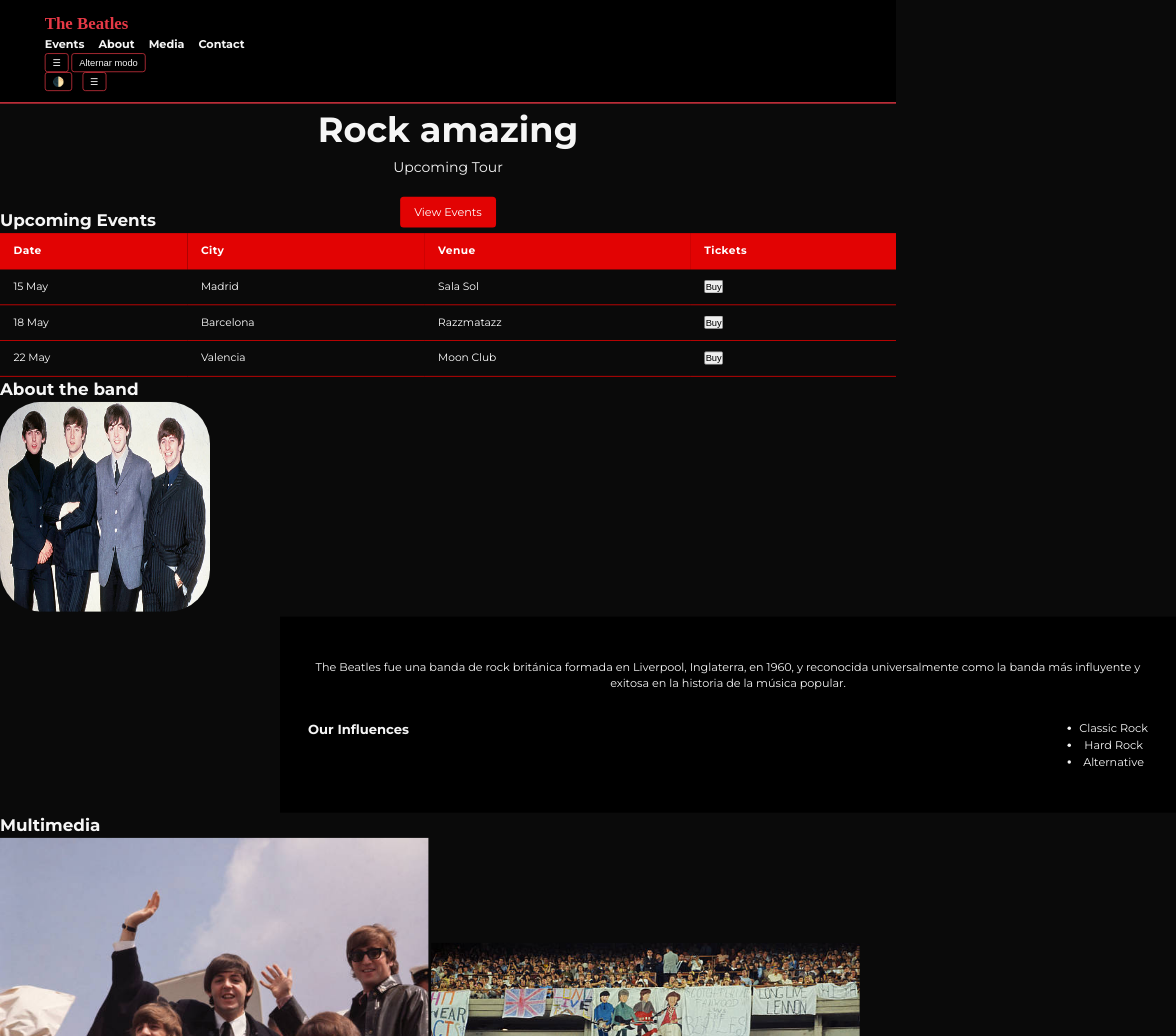
Repository: keiner-dev/Prueba_Desempe-o
Page: index.html
These files come from the project's save history. The page is drawn as it stood at one moment and after a run of saves; the edit follows.
The browser window is 1280 px wide. The page is 1680 px wide, then 1580 px, so the pictures cover 1680 px, including what lies to the right of the window. The pictures show the part of the page from y = 0 to 1480 px (the page is 2814 px tall), at 70% of full size.
Some web fonts or font styles are not loaded; a fallback is used.

Above is the page before, as saved 2026-04-27 15:31:04.

After the next 2 saves:
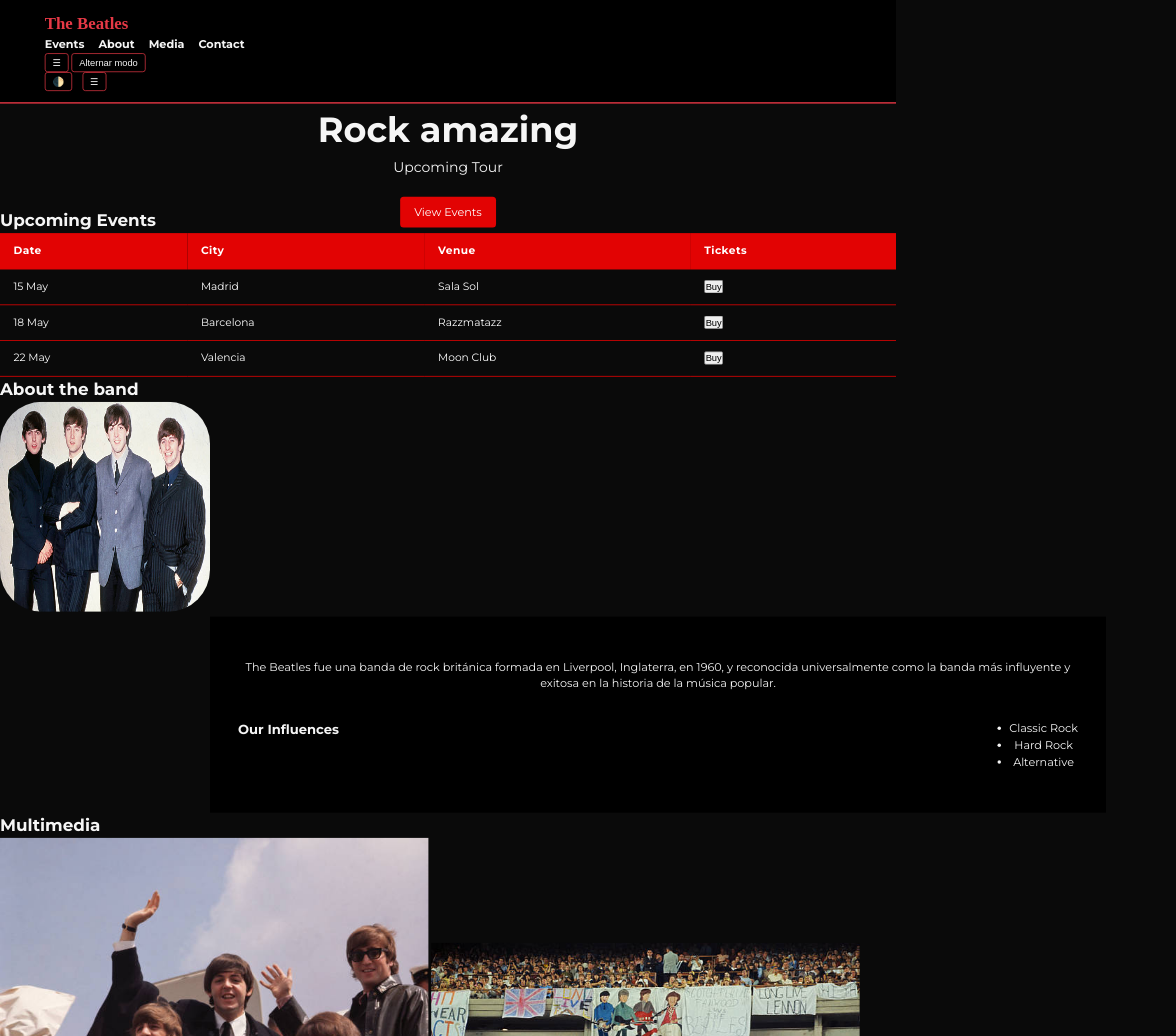
The 2 saves are shown as one change because they came seconds apart.
The last was saved 6 s later.
--- a/styles.css
+++ b/styles.css
@@ -155,7 +155,7 @@
 .sobre {
     justify-content: space-between;
     top: 0;
-    left:400px;
+    left:300px;
     display: flex;
     flex-wrap: wrap;
     text-align: center;
